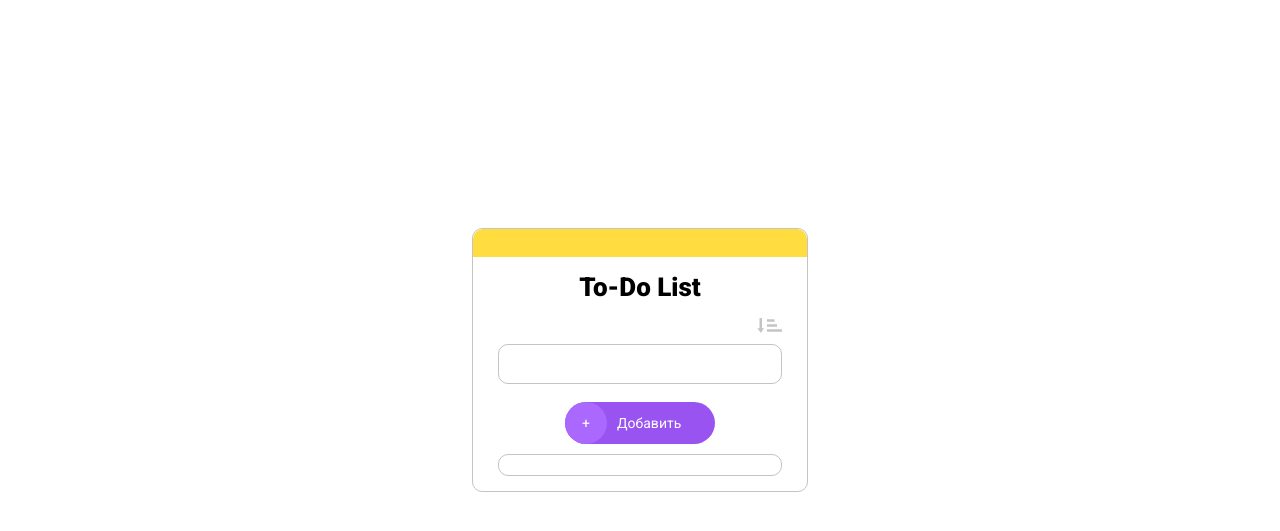
Repository: PoladEziz/Task-15
Page: index.html
The author's editor kept a copy of each file at every save. The page is drawn from the files as they stood at one save, then again after the next save.
The browser window is 1280 px wide. The pictures show the whole page.
The style sheet was rebuilt from its Sass, Less or Tailwind sources for each picture, by a compiler version that may differ from the author's.

Above is the page before, as saved 2023-08-10 16:09:46.

After the next save:
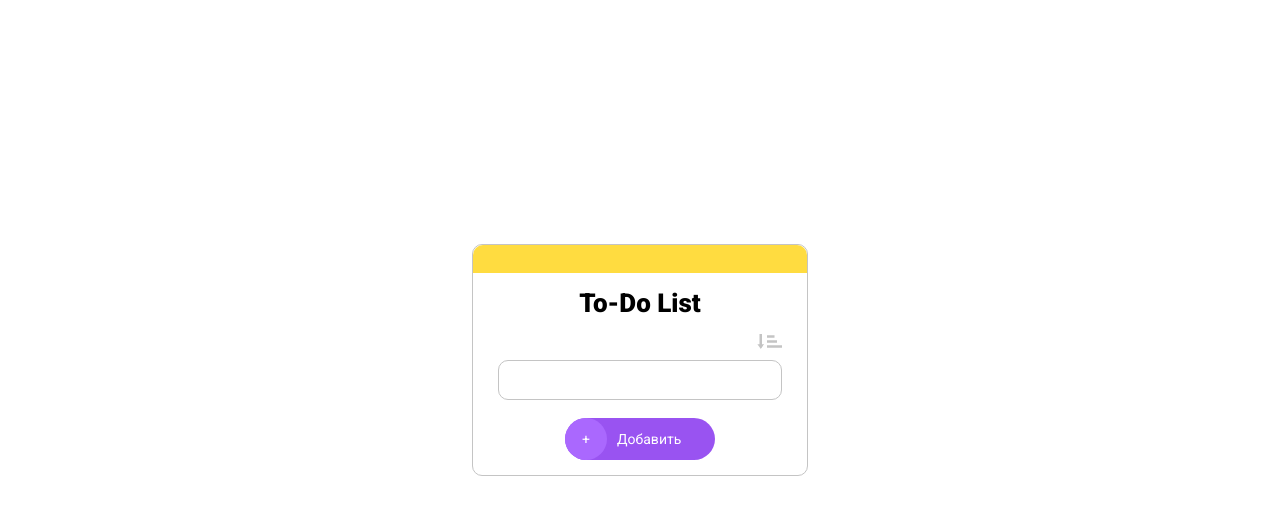
Saved 5 s later.
--- a/index.scss
+++ b/index.scss
@@ -119,7 +119,7 @@
         display: flex;
         flex-direction: column;
         gap: 20px;
-        /* display: none; */
+        display: none;
         li {
           list-style-type: none;
           display: flex;
